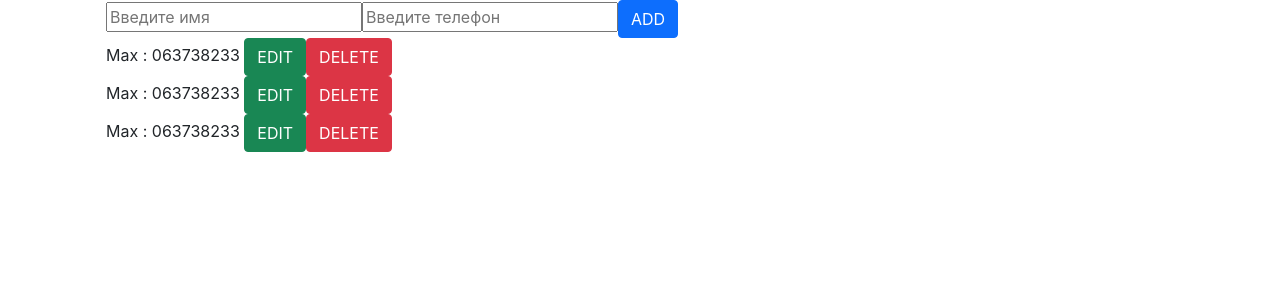
Repository: tsydikov/phone_book
Page: /
These files come from the project's save history. The page is drawn as it stood at one moment and after the next save; the edit follows.
The browser window is 1280 px wide. The pictures show the whole page.
The project was rebuilt for these pictures with package versions that can differ from the ones it lists, and the page was loaded fresh each time. Also part of the build but not shown: src/App.css.

Above is the page before, as saved 2021-10-07 20:50:57.

### public/index.html
<!DOCTYPE html>
<html lang="en">
  <head>
    <meta charset="utf-8" />
    <meta name="viewport" content="width=device-width, initial-scale=1" />
    <meta name="theme-color" content="#000000" />
    <link
      rel="stylesheet"
      href="https://cdn.jsdelivr.net/npm/bootstrap@5.1.1/dist/css/bootstrap.min.css"
      integrity="sha384-F3w7mX95PdgyTmZZMECAngseQB83DfGTowi0iMjiWaeVhAn4FJkqJByhZMI3AhiU"
      crossorigin="anonymous"
    />
    <title>Briz test</title>
  </head>
  <body>
    <noscript>You need to enable JavaScript to run this app.</noscript>
    <div id="root"></div>
  </body>
</html>

### src/index.js
import React from "react";
import ReactDOM from "react-dom";
import "./index.css";
import App from "./App";
import { Provider } from "react-redux";
import { store } from "./store/reducer";



ReactDOM.render(
  <Provider store={store}>
    <App />
  </Provider>,
  document.getElementById("root")
);

### src/App.js
import React from "react";
import { Button, Col, Container, Row } from "react-bootstrap";
import { useDispatch, useSelector } from "react-redux";
import "./App.css";
import Form from "./components/Form";
import PhoneList from "./components/PhoneList";

function App() {
  const disatch = useDispatch();
  const phoneBook = useSelector((state) => state.phoneBook);
  return (
    <Container>
      <Row>
        <Col>
          <Form />
        </Col>
      </Row>
      <Row>
        <Col>
          <PhoneList />
        </Col>
      </Row>
    </Container>
  );
}

export default App;

### src/store/reducer.js
import { createStore } from "redux";
import { CREATE, DELETE, UPDATE } from "./types";

const defaultState = {
  phoneBook: [
    { id: 1, name: "Max", phoneNamber: "063738233" },
    { id: 2, name: "Max", phoneNamber: "063738233" },
    { id: 3, name: "Max", phoneNamber: "063738233" },
  ],
};

const reducer = (state = defaultState, action) => {
  switch (action.type) {
    case CREATE:
      return { ...state, phoneBook: [...state.phoneBook, action.payload] };
    case DELETE:
      return {
        ...state,
        phoneBook: state.phoneBook.filter(
          (phone) => phone.id !== action.payload
        ),
      };
    case UPDATE:
      return state;
    default:
      return state;
  }
};

export const store = createStore(reducer);

### src/components/Form.jsx
import React, { useState } from "react";
import { Button, Container } from "react-bootstrap";
import { useDispatch } from "react-redux";
import { addItem } from "../store/actions";

const Form = () => {
  const [name, setName] = useState("");
  const [phone, setPhone] = useState("");
  const dispatch = useDispatch();
  const addNewPhoneBookItem = () => {
    const newItem = {
      id: Date.now(),
      name: name,
      phoneNamber: phone,
    };
    if (name && phone) {
      dispatch(addItem(newItem));
      setName("");
      setPhone("");
    } else alert('поле имя и телефон должно быть заполнено')
  };
  return (
    <Container>
      <input
      type="text"
        value={name}
        placeholder="Введите имя"
        onChange={(e) => setName(e.target.value)}
      />
      <input
      type="number"
        value={phone}
        placeholder="Введите телефон"
        onChange={(e) => setPhone(e.target.value)}
      />
      <Button onClick={addNewPhoneBookItem}>ADD</Button>
    </Container>
  );
};

export default Form;

### src/components/PhoneList.jsx
import React from 'react';
import { useSelector } from 'react-redux';
import PhoneItem from './PhoneItem';

const PhoneList = () => {
    const phoneBook = useSelector((state) => state.phoneBook);
    return (
        <div>
            {phoneBook.map(phone =>
                <PhoneItem key={phone.id} phone={phone} />
            )}

        </div>
    );
};

export default PhoneList;

### src/store/types.js
export const CREATE = "CREATE";
export const UPDATE = "UPDATE";
export const DELETE = "DELETE";

### src/store/actions.js
import { CREATE, DELETE, UPDATE } from "./types";

export const addItem = (item) => ({ type: CREATE, payload: item });
export const deleteItem = (id) => ({ type: DELETE, payload: id });
export const updateItem = (item) => ({ type: UPDATE, payload: item });

### src/components/PhoneItem.jsx
import React from "react";
import { Button, Col, Container, Row } from "react-bootstrap";
import { useDispatch } from "react-redux";
import { deleteItem } from "../store/actions";

const PhoneItem = ({ phone }) => {
  const dispatch = useDispatch();
  const deletePhoneBookItem = () => {
    dispatch(deleteItem(phone.id));
  };
//   const editPhoneBookItem
  return (
    <Container>
      <Row>
        <Col>
          {phone.name} : {phone.phoneNamber}{" "}
          <Button variant="success">
            EDIT
          </Button>
          <Button variant="danger" onClick={deletePhoneBookItem}>
            DELETE
          </Button>
        </Col>
      </Row>
    </Container>
  );
};

export default PhoneItem;

Loaded but not shown: src/index.css (common file)

After the next save:
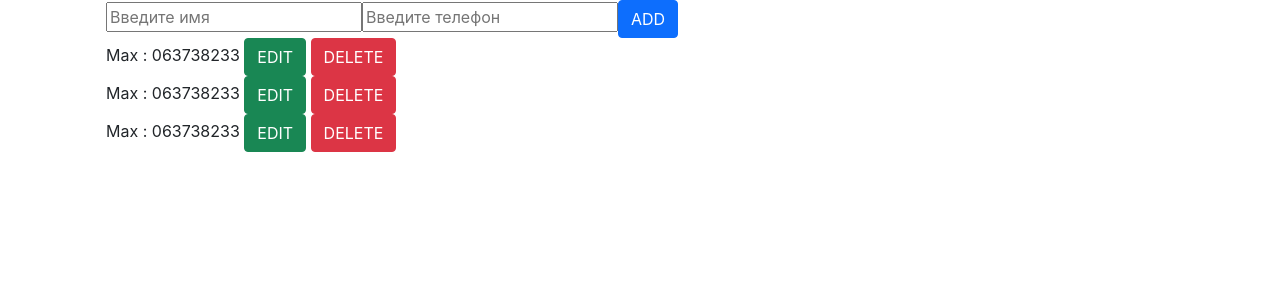
Saved 12 s later.
--- a/src/components/PhoneItem.jsx
+++ b/src/components/PhoneItem.jsx
@@ -17,6 +17,7 @@ const PhoneItem = ({ phone }) => {
           <Button variant="success">
             EDIT
           </Button>
+          {" "}
           <Button variant="danger" onClick={deletePhoneBookItem}>
             DELETE
           </Button>
